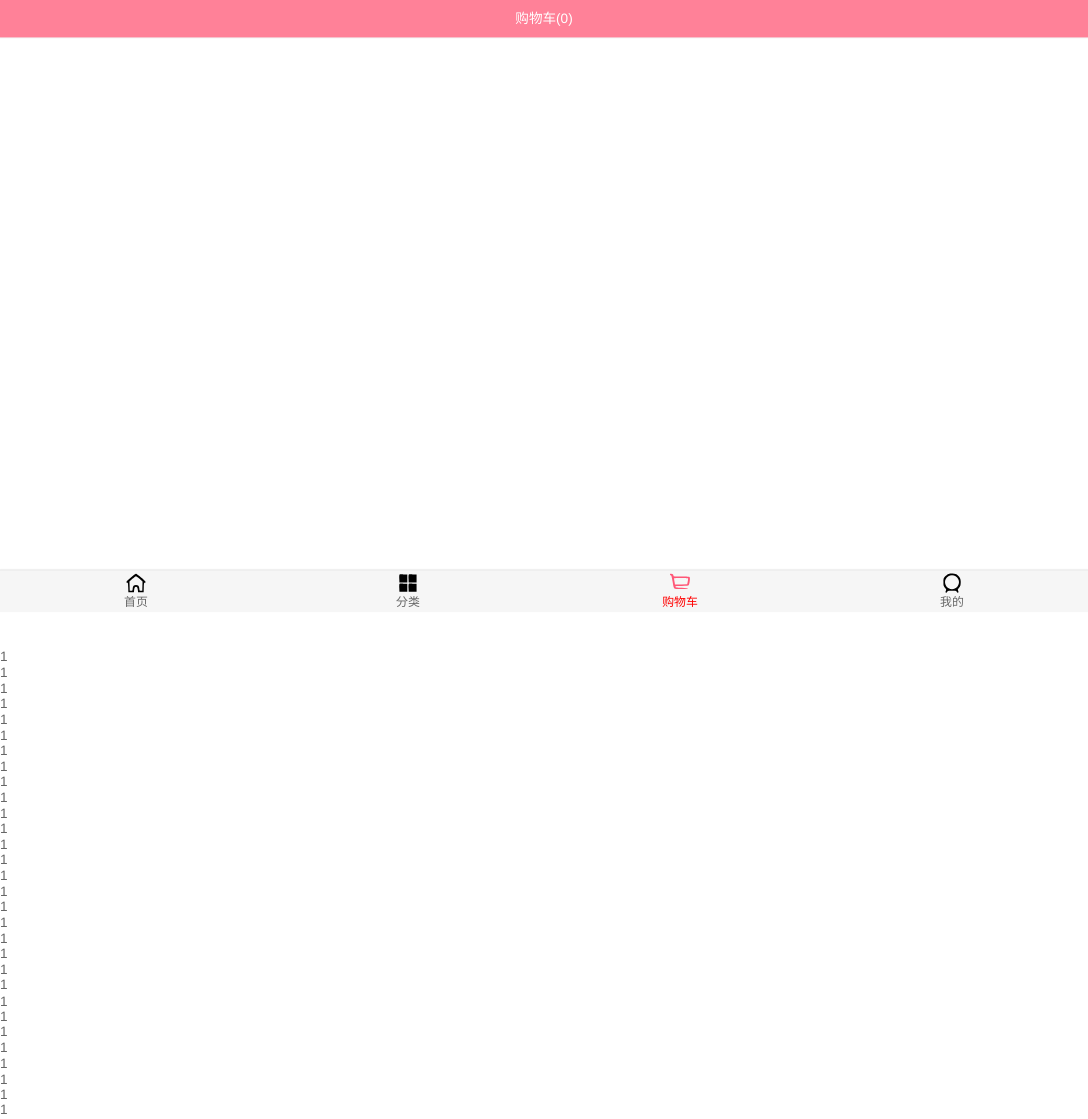
Repository: shihaowengit/mall
Page: /cart
An editor plug-in stored every save of this project. The page is shown before and after the next save, followed by the edit.
The browser window is 1280 px wide. The pictures show the whole page, at 85% of full size.
The project was rebuilt for these pictures with package versions that can differ from the ones it lists, and the page was loaded fresh each time. Also part of the build but not shown: vue.config.js, src/views/cart/childComps/CheckButton.vue, src/views/cart/childComps/CartListItem.vue.

Above is the page before, as saved 2019-12-02 09:46:45.

### public/index.html
<!DOCTYPE html>
<html lang="en">
  <head>
    <meta charset="utf-8">
    <meta http-equiv="X-UA-Compatible" content="IE=edge">
    <meta name="viewport" content="width=device-width,initial-scale=1.0">
    <link rel="icon" href="<%= BASE_URL %>favicon.ico">
    <title>mail</title>
  </head>
  <body>
    <noscript>
      <strong>We're sorry but mail doesn't work properly without JavaScript enabled. Please enable it to continue.</strong>
    </noscript>
    <div id="app"></div>
    <!-- built files will be auto injected -->
  </body>
</html>

### src/main.js
import Vue from 'vue'
import App from './App.vue'
import router from './router'
import store from './store'

Vue.prototype.$bus = new Vue()

Vue.config.productionTip = false

new Vue({
  router,
  store,
  render: h => h(App)
}).$mount('#app')

### src/App.vue
<template>
  <div id="app">
    <keep-alive exclude="Detail">
      <router-view/>
    </keep-alive>
    <main-tab-bar/>
  </div>
</template>

<script>
import MainTabBar from 'components/content/mainTabBar/MainTabBar'
export default {
  name: 'App',
  components: {
    MainTabBar
  }
}
</script>

<style>
  @import url('./assets/css/base.css');
</style>

### src/router/index.js
import Vue from 'vue'
import VueRouter from 'vue-router'

const Home = () => import('views/home/Home')
const Category = () => import('views/category/Category')
const Cart = () => import('views/cart/Cart')
const Profile = () => import('views/profile/Profile')
const Detail = () => import('views/detail/Detail')


//防止多次点击报错
// const originalPush = VueRouter.prototype.push
// VueRouter.prototype.push = function push(location) {
//   return originalPush.call(this, location).catch(err => err)
// }

Vue.use(VueRouter)

const routes = [
  {
    path: '',
    redirect: '/home'
  },
  {
    path: '/home',
    component: Home
  },
  {
    path: '/category',
    component: Category
  },
  {
    path: '/cart',
    component: Cart
  },
  {
    path: '/profile',
    component: Profile
  },
  {
    path: '/detail/:iid',
    component: Detail
  }
]

const router = new VueRouter({
  mode: 'history',
  base: process.env.BASE_URL,
  routes
})

export default router

### src/store/index.js
import Vue from 'vue'
import Vuex from 'vuex'
import mutations from './mutations'
import actions from './actions'
import getters from './getters'

Vue.use(Vuex)

const state = {
  cartList: []
}

export default new Vuex.Store({
  state,
  mutations,
  actions,
  getters
})

### src/assets/css/base.css
@import "./normalize.css";

:root {
  --color-text: #666;
  --color-high-text: #ff5777;
  --color-tint: #ff8198;
  --color-background: #fff;
  --font-size: 14px;
  --line-height: 1.5;
}

*,
*::before,
*::after {
  margin: 0;
  padding: 0;
  box-sizing: border-box;
}

body {
  font-family: "Helvetica Neue",Helvetica,"PingFang SC","Hiragino Sans GB","Microsoft YaHei","微软雅黑",Arial,sans-serif;
  user-select: none; /* 禁止用户鼠标在页面上选中文字/图片等 */
  -webkit-tap-highlight-color: transparent; /* webkit是苹果浏览器引擎，tap点击，highlight背景高亮，color颜色，颜色用数值调节 */
  background: var(--color-background);
  color: var(--color-text);
  /* rem vw/vh */
  width: 100vw;
}

a {
  color: var(--color-text);
  text-decoration: none;
}


.clear-fix::after {
  clear: both;
  content: '';
  display: block;
  width: 0;
  height: 0;
  visibility: hidden;
}

.clear-fix {
  zoom: 1;
}

.left {
  float: left;
}

.right {
  float: right;
}

### src/components/content/mainTabBar/MainTabBar.vue
<template>
  <tab-bar>
    <tab-bar-item path="/home">
      <template v-slot:item-icon>
        <img src="~assets/img/tabbar/home.svg" alt="">
      </template>
      <template v-slot:item-active-icon>
        <img src="~assets/img/tabbar/home_active.svg" alt="">
      </template>
      <template v-slot:item-text>
        <div>首页</div>
      </template>
    </tab-bar-item>
    <tab-bar-item path="/category">
      <template v-slot:item-icon>
        <img src="~assets/img/tabbar/category.svg" alt="">
      </template>
      <template v-slot:item-active-icon>
        <img src="~assets/img/tabbar/category_active.svg" alt="">
      </template>
      <template v-slot:item-text>
        <div>分类</div>
      </template>
    </tab-bar-item>
    <tab-bar-item path="/cart">
      <template v-slot:item-icon>
        <img src="~assets/img/tabbar/shopcart.svg" alt="">
      </template>
      <template v-slot:item-active-icon>
        <img src="~assets/img/tabbar/shopcart_active.svg" alt="">
      </template>
      <template v-slot:item-text>
        <div>购物车</div>
      </template>
    </tab-bar-item>
    <tab-bar-item path="/profile">
      <template v-slot:item-icon>
        <img src="~assets/img/tabbar/profile.svg" alt="">
      </template>
      <template v-slot:item-active-icon>
        <img src="~assets/img/tabbar/profile_active.svg" alt="">
      </template>
      <template v-slot:item-text>
        <div>我的</div>
      </template>
    </tab-bar-item>
  </tab-bar>
</template>

<script>
  import TabBar from 'components/common/tabbar/TabBar'
  import TabBarItem from 'components/common/tabbar/TabBarItem'

  export default {
    name: "MainTabBar",
    components: {
      TabBar,
      TabBarItem
    }
  }
</script>

<style scoped>

</style>

### src/views/cart/Cart.vue
<template>
  <div class="cart">
    <nav-bar class="nav-bar">
      <template v-slot:center><div>购物车({{cartLength}})</div></template>
    </nav-bar>
    <cart-list></cart-list>
  </div>
</template>

<script>
import NavBar from 'components/common/navbar/NavBar'

import CartList from './childComps/CartList'

import { mapGetters } from 'vuex'

export default {
  name: 'Cart',
  components: {
    NavBar,
    CartList
  },
  computed: {
    ...mapGetters(['cartLength', 'cartList'])
  }
}
</script>

<style scoped>
  .cart {
    height: 100vh;
  }

  .nav-bar {
    background-color: var(--color-tint);
    color: #fff;
  }
</style>

### src/store/mutations.js
import{
  ADD_COUNTER,
  ADD_TO_CART
} from './mutations-types'

const mutations = {
  [ADD_COUNTER](state, payload) {
    payload.count += 1
  },
  [ADD_TO_CART](state, payload) {
    state.cartList.push(payload)
  }
}

export default mutations

### src/store/actions.js
import{
  ADD_COUNTER,
  ADD_TO_CART
} from './mutations-types'

const actions = {
  addCart({state, commit}, payload) {
    let oldProduct = state.cartList.find(item => item.iid === payload.iid)

    if (oldProduct) {
      commit(ADD_COUNTER, oldProduct)
    } else {
      payload.count = 1
      commit(ADD_TO_CART, payload)
    }
  }
}

export default actions

### src/store/getters.js
const getters = {
  cartLength(state) {
    return state.cartList.length
  },
  cartList(state) {
    return state.cartList
  }
}

export default getters

### src/components/common/tabbar/TabBar.vue
<template>
  <div id="tab-bar">
    <slot></slot>
  </div>
</template>

<script>
export default {
  name: 'TabBar'
};
</script>

<style>
  #tab-bar {
    display: flex;
    background-color: #f6f6f6;

    position: fixed;
    left: 0;
    right: 0;
    bottom: 0;

    box-shadow: 0 -1px 1px rgba(100, 100, 100, 0.2);
  }
</style>

### src/components/common/tabbar/TabBarItem.vue
<template>
  <div class="tab-bar-item" @click="itemClick">
    <div v-if="!isActive">
      <slot name="item-icon"></slot>
    </div>
    <div v-else>
      <slot name="item-active-icon"></slot>
    </div>
    <div :style="activeStyle">
      <slot name="item-text"></slot>
    </div>
  </div>
</template>

<script>
export default {
  name: 'TabBarItem',
  props: {
    path: String,
    activeColor: {
      type: String,
      default: 'red'
    }
  },
  data() {
    return {
      // isActive: true
    }
  },
  methods: {
    itemClick() {
      this.$router.push(this.path);
    }
  },
  computed: {
    activeStyle() {
      return this.isActive ? {color: this.activeColor} : {}
    },
    isActive() {
      return this.$route.path.indexOf(this.path) !== -1
    }
  }
};
</script>

<style>
  .tab-bar-item {
    flex: 1;
    text-align: center;
    height: 49px;
    font-size: 14px;
  }

  .tab-bar-item img {
    width: 24px;
    height: 24px;
    margin-top: 3px;
    vertical-align: middle;
    margin-bottom: 2px;
  }
</style>

### src/components/common/navbar/NavBar.vue
<template>
  <div class="nav-bar">
    <div class="left"><slot name="left"></slot></div>
    <div class="center"><slot name="center"></slot></div>
    <div class="right"><slot name="right"></slot></div>
  </div>
</template>

<script>
export default {
  name: 'NavBar'
}
</script>

<style>
  .nav-bar {
    display: flex;
    height: 44px;
    line-height: 44px;
    text-align: center;
    box-shadow: 0 1px 1px rgba(100, 100, 100, .1);
  }

  .left, .right {
    width: 50px;
  }

  .center {
    flex: 1;
  }
</style>

### src/components/common/scroll/Scroll.vue
<template>
  <div class="wrapper" ref="wrapper">
    <div class="content">
      <slot></slot>
    </div>
  </div>
</template>

<script>
import BScroll from 'better-scroll'

export default {
  name: 'Scroll',
  props: {
    probeType: {
      type: Number,
      default: 0
    },
    pullUpLoad: {
      type: Boolean,
      default: false
    }
  },
  data() {
    return {
      scroll: null
    }
  },
  mounted() {
    this.scroll = new BScroll(this.$refs.wrapper, {
      click: true,
      probeType: this.probeType,
      pullUpLoad: this.pullUpLoad
    })

    if (this.probeType === 2 || this.probeType === 3) {
      this.scroll.on('scroll', (position) => {
        this.$emit('scroll', position)
      })
    }

    if (this.pullUpLoad) {
      this.scroll.on('pullingUp', () => {
        this.$emit('pullingUp')
      })
    }

  },
  methods: {
    scrollTo(x, y, time) {
      this.scroll && this.scroll.scrollTo(x, y, time)
    },
    finishPullUp() {
      this.scroll && this.scroll.finishPullUp()
    },
    refresh() {
      this.scroll && this.scroll.refresh()
    },
    getScrollY() {
      return this.scroll.y
    }
  }
}
</script>

<style scoped>

</style>

### src/views/cart/childComps/CartList.vue
<template>
<div class="cart-list">
  <scroll class="scroll">
    <div class="cart-list">
      <cart-list-item v-for="item in cartList" :key="item.iid" :item-info="item"></cart-list-item>
    </div>
    <ul>
      <li>1</li>
      <li>1</li>
      <li>1</li>
      <li>1</li>
      <li>1</li>
      <li>1</li>
      <li>1</li>
      <li>1</li>
      <li>1</li>
      <li>1</li>
      <li>1</li>
      <li>1</li>
      <li>1</li>
      <li>1</li>
      <li>1</li>
      <li>1</li>
      <li>1</li>
      <li>1</li>
      <li>1</li>
      <li>1</li>
      <li>1</li>
      <li>1</li>
      <li>1</li>
      <li>1</li>
      <li>1</li>
      <li>1</li>
      <li>1</li>
      <li>1</li>
      <li>1</li>
      <li>1</li>
    </ul>
  </scroll>
</div>
</template>

<script>
  import Scroll from 'components/common/scroll/Scroll'
  import CartListItem from './CartListItem'

  import { mapGetters } from 'vuex'

	export default {
		name: "CartList",
    components: {
      Scroll,
      CartListItem
    },
    computed: {
      ...mapGetters(['cartList'])
    }
	}
</script>

<style scoped>
  .cart-list {
    height: 100vh;
  }

  .scroll {
    height: calc(100% - 44px - 49px);
  }
</style>

Loaded but not shown: src/assets/css/normalize.css (library); src/store/mutations-types.js (common file)

After the next save:
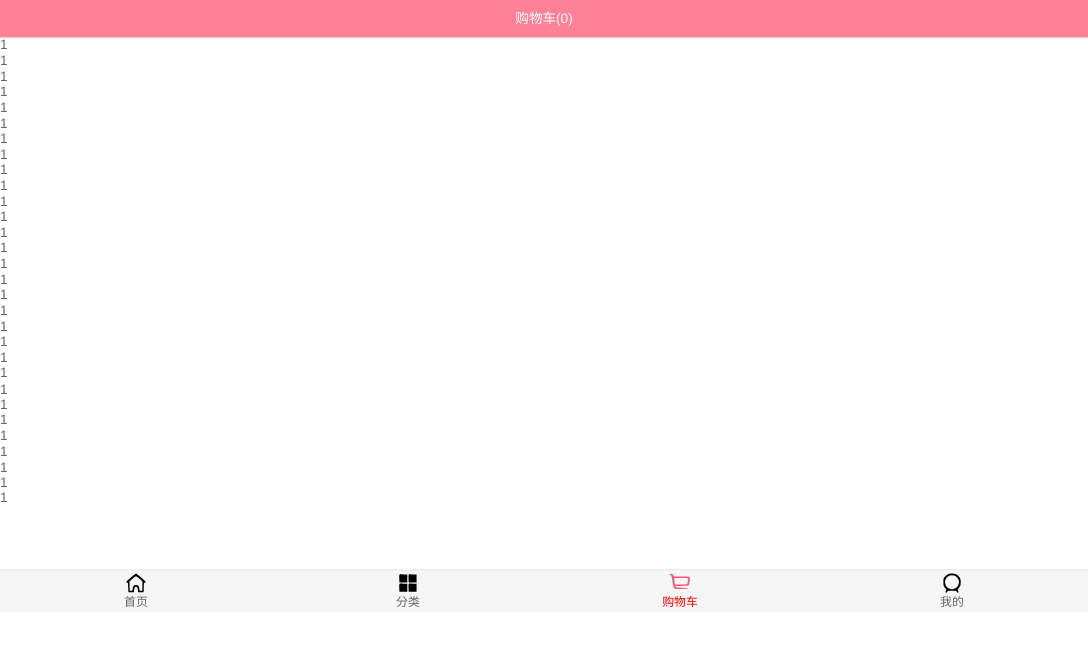
Saved 18 s later.
--- a/src/views/cart/childComps/CartList.vue
+++ b/src/views/cart/childComps/CartList.vue
@@ -1,9 +1,9 @@
 <template>
 <div class="cart-list">
   <scroll class="scroll">
-    <div class="cart-list">
+    <!-- <div class="cart-list">
       <cart-list-item v-for="item in cartList" :key="item.iid" :item-info="item"></cart-list-item>
-    </div>
+    </div> -->
     <ul>
       <li>1</li>
       <li>1</li>
